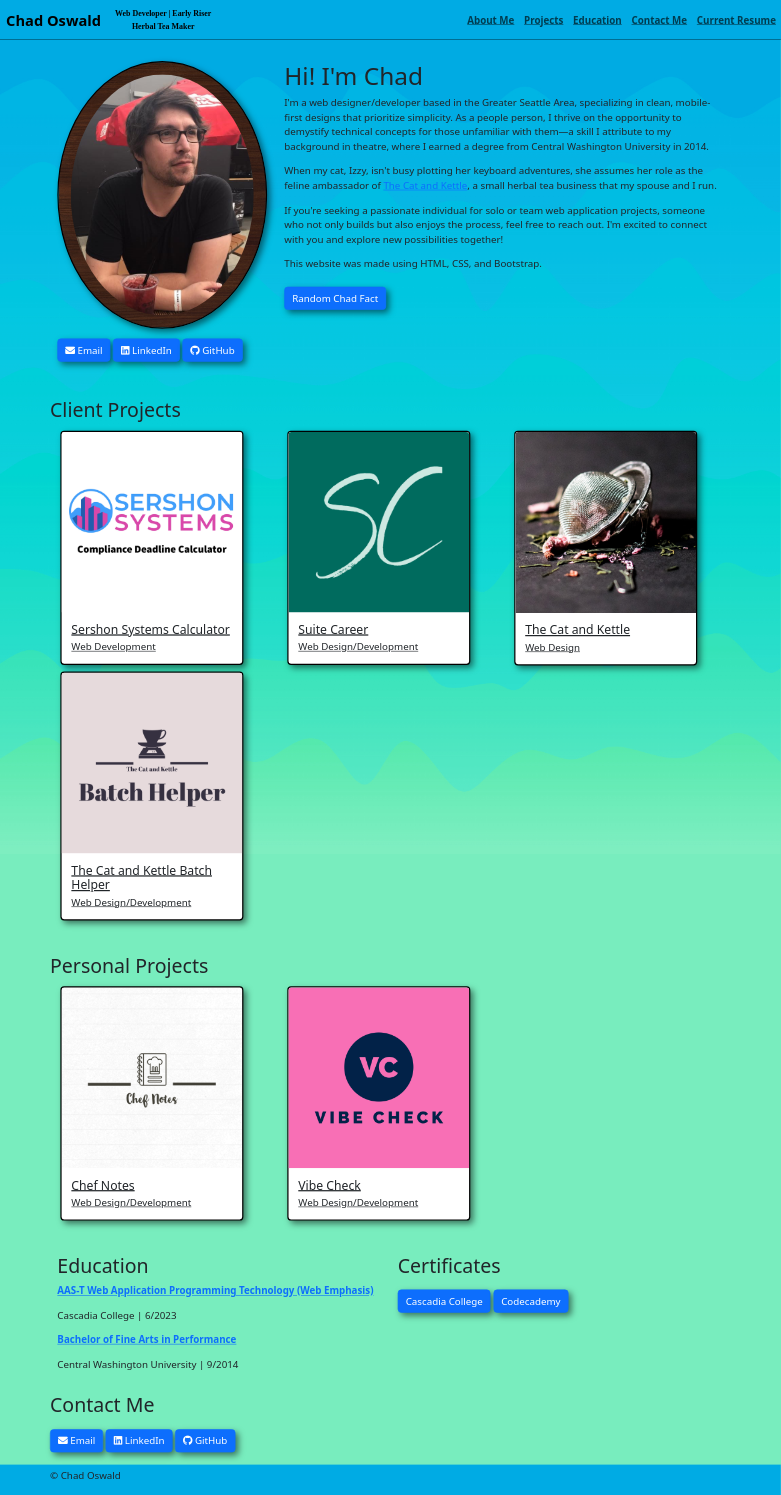
Repository: ChaidGPT/Portfolio
Page: index.html
The author's editor kept a copy of each file at every save. The page is drawn from the files as they stood at one save, then again after the next save.
The browser window is 1280 px wide. The pictures show the whole page, at 61% of full size.

Above is the page before, as saved 2023-07-30 14:50:50.

After the next save:
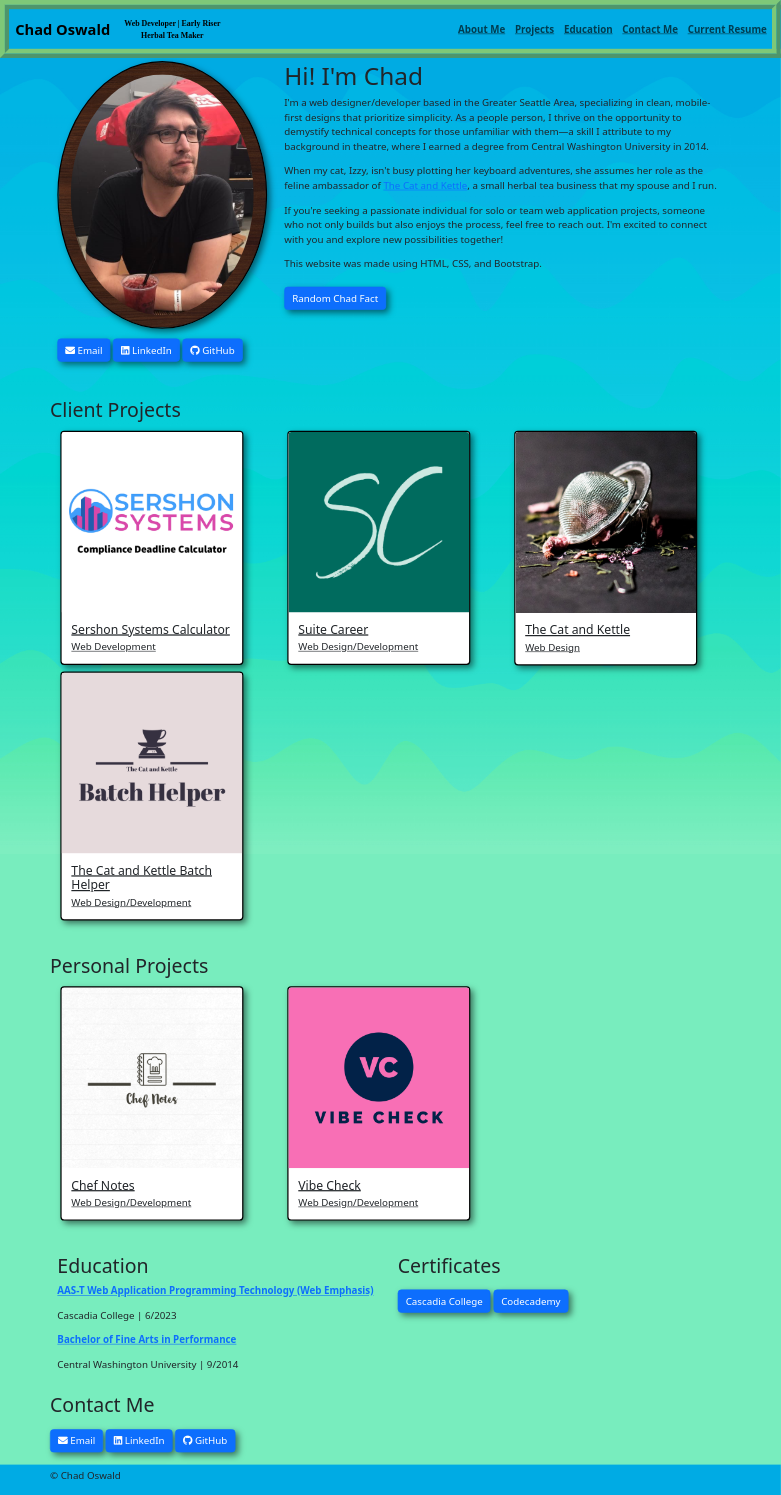
Saved 2 min 39 s later.
--- a/styles.css
+++ b/styles.css
@@ -1,7 +1,8 @@
 .navbar-custom {
     background-color: #00ABE4;
     font-weight: bold;
-    border-bottom: 1px solid #000000;
+    /* border-bottom: 1px solid #000000; */
+    border: 4mm ridge rgba(211, 220, 50, .6);
 }
 
 .navbar-brand {
